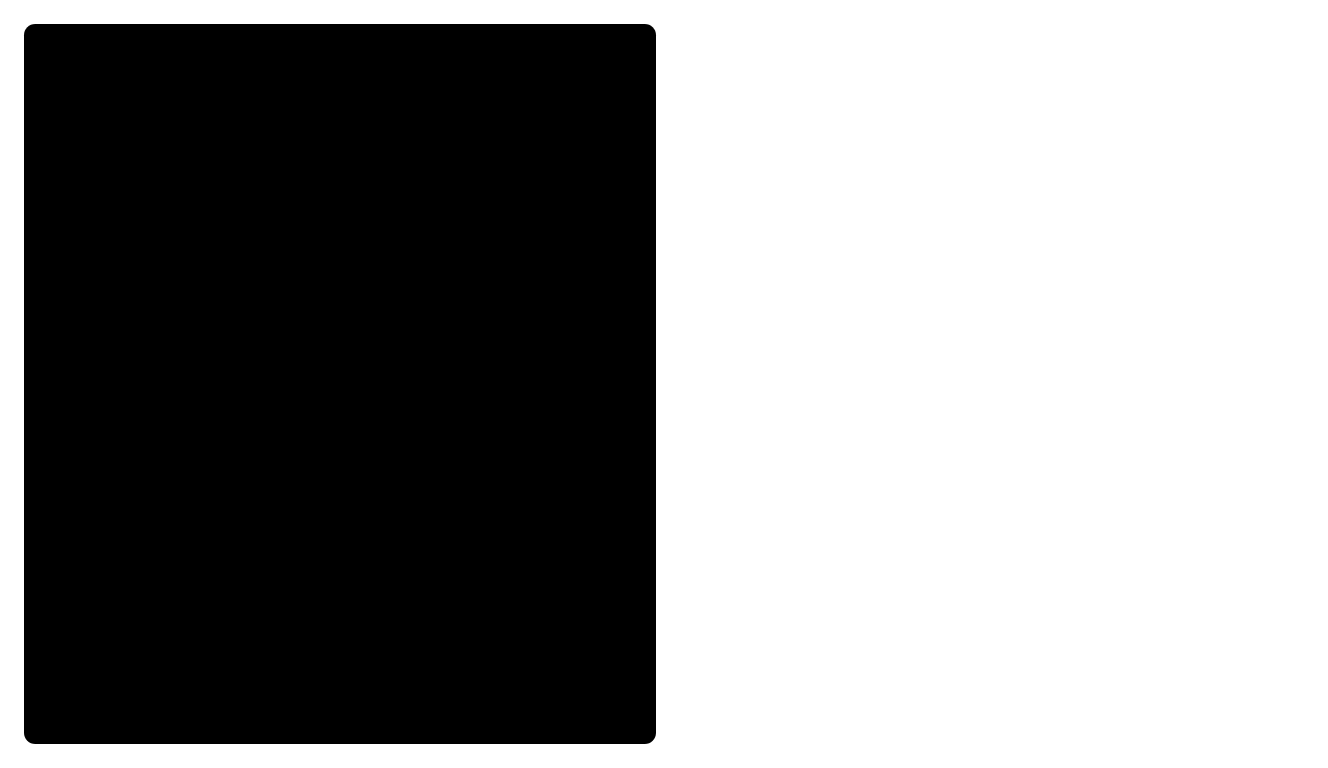
Repository: swarnabha-dutta/ai-code-reviewer
Page: / (app in frontend/)
The author's editor kept a copy of each file at every save. The page is drawn from the files as they stood at one save, then again after the next save.
The browser window is 1280 px wide. The page is 1328 px wide, so the pictures cover 1328 px, including what lies to the right of the window. The pictures show the whole page.
The project was rebuilt for these pictures with package versions that can differ from the ones it lists, and the page was loaded fresh each time. Also part of the build but not shown: frontend/vite.config.js.

Above is the page before, as saved 2025-06-07 08:34:41.

After the next save:
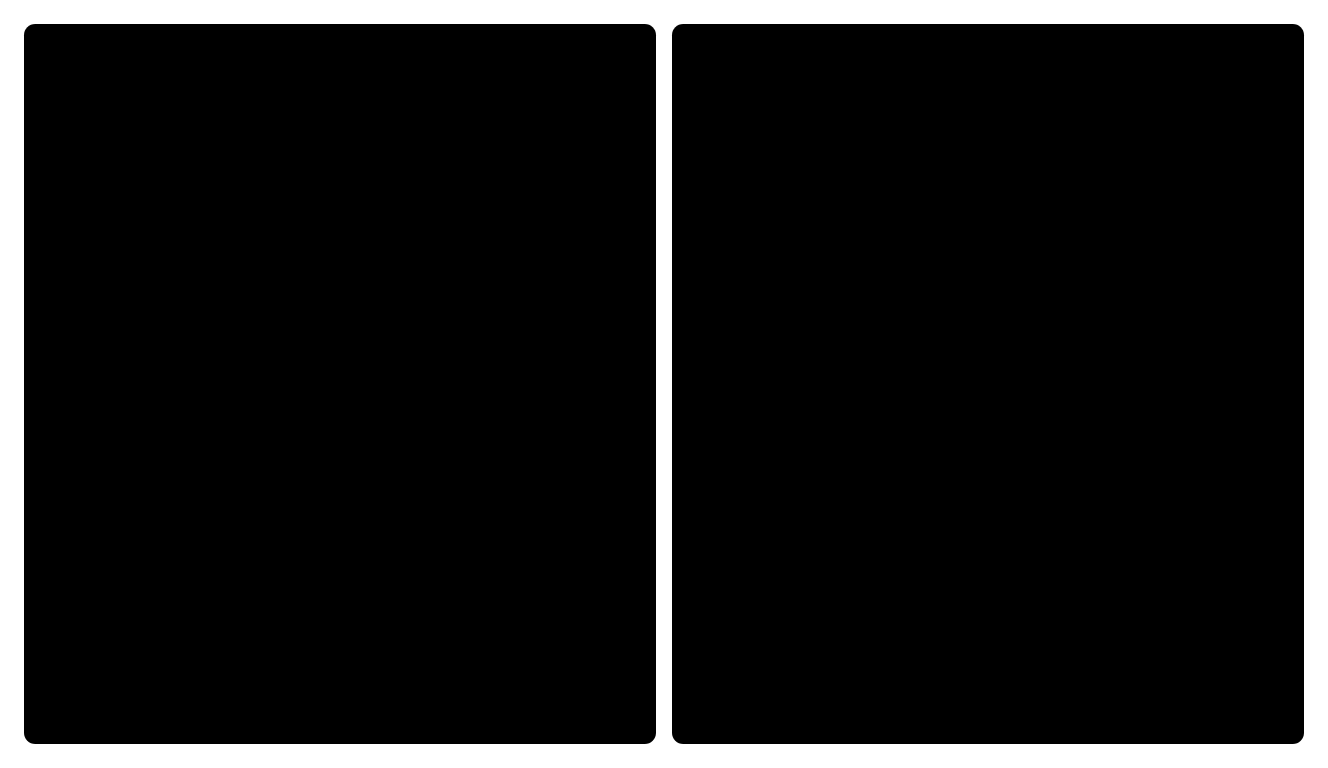
Saved 45 s later.
--- a/frontend/src/App.css
+++ b/frontend/src/App.css
@@ -29,3 +29,7 @@ main .right {
 main .left {
   background-color: #000;
 }
+
+main .right {
+  background-color: #000;
+}
